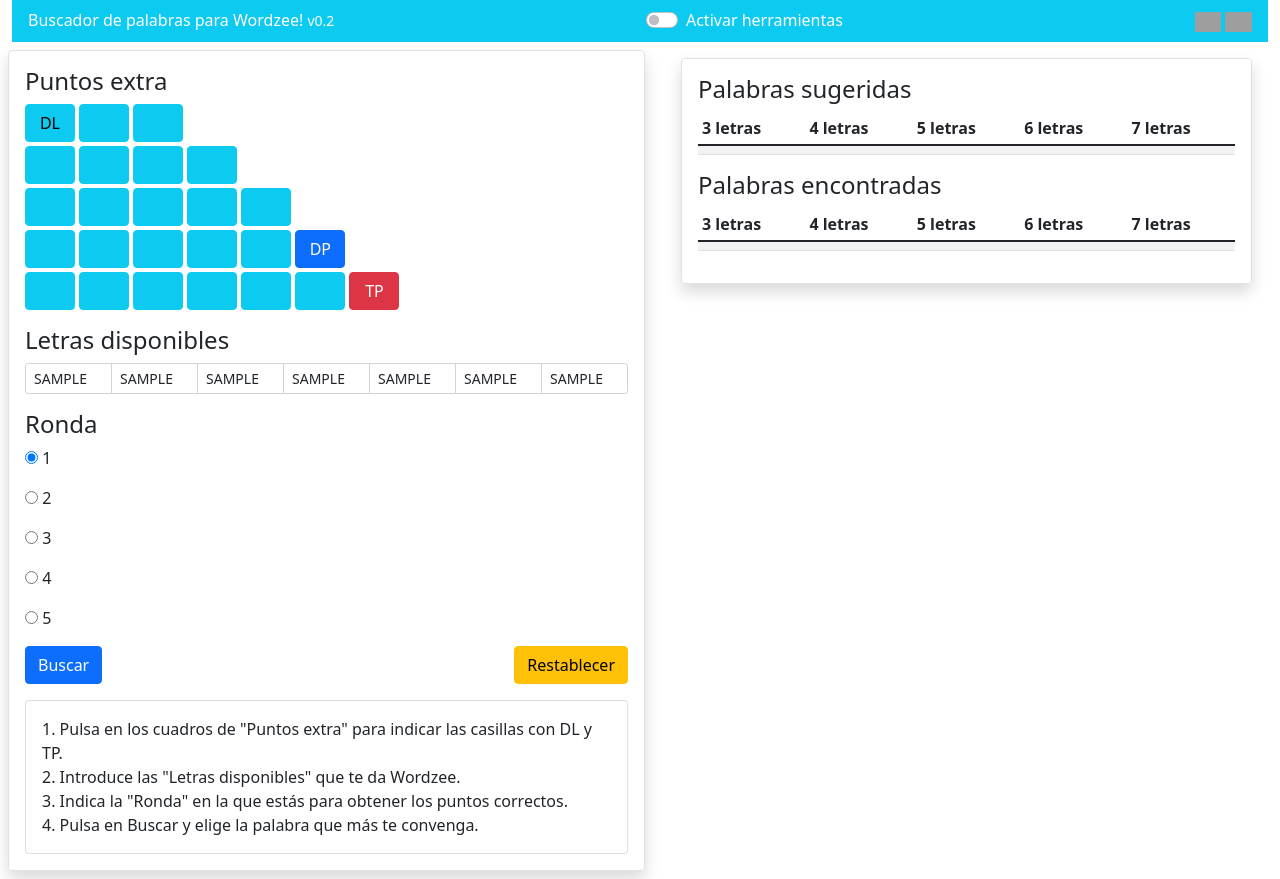
Repository: angelcafe/wordzee-bp_javascript
Page: index.html
These files come from the project's save history. The page is drawn as it stood at one moment and after the next save; the edit follows.
The browser window is 1280 px wide. The pictures show the whole page.
Empty fields were first filled with sample values (such as "Sample", 5 or name@example.com).
After loading, the first visible `#pal3let1` was clicked once.
Pictures or frames that could not be fetched are drawn as grey boxes.

Above is the page before, as saved 2021-10-22 22:38:12.

### index.html
<!DOCTYPE html>
<html lang="es">

<head>
    <meta charset="UTF-8">
    <meta name="viewport" content="width=device-width, initial-scale=1">
    <meta http-equiv="Expires" content="0">
    <meta http-equiv="Last-Modified" content="0">
    <meta http-equiv="Cache-Control" content="no-cache, mustrevalidate">
    <meta http-equiv="Pragma" content="no-cache">
    <link rel="icon" href="favicon.ico" type="image/ico" />
    <link rel="stylesheet" href="https://cdn.jsdelivr.net/npm/bootstrap@5.1.3/dist/css/bootstrap.min.css" integrity="sha384-1BmE4kWBq78iYhFldvKuhfTAU6auU8tT94WrHftjDbrCEXSU1oBoqyl2QvZ6jIW3" crossorigin="anonymous">
    <link rel="stylesheet" href="https://cdn.jsdelivr.net/npm/bootstrap-icons@1.5.0/font/bootstrap-icons.css">
    <link rel="stylesheet" href="index.css">
    <title>Busca palabras</title>
</head>

<body>
    <div class="container-fluid">
        <!-- Cabecera -->
        <nav class="nav d-flex justify-content-between bg-info">
            <li class="nav-item">
                <span class="nav-link text-white">Buscador de palabras para Wordzee! <small>v0.2</small></span>
            </li>
            <li class="nav-item">
                <div class="nav-link text-white form-check form-switch">
                    <input class="form-check-input" type="checkbox" role="switch" id="idActivarHerramientas">
                    <label class="form-check-label" for="idActivarHerramientas">Activar herramientas</label>
                </div>
            </li>
            <li class="nav-item">
                <span class="nav-link">
                    <a href="https://www.facebook.com/BuscaPalabras-para-Wordzee-106324508497974" target="_blank"><img src="https://upload.wikimedia.org/wikipedia/commons/5/51/Facebook_f_logo_%282019%29.svg" height="20"></a>
                    <a href="https://t.me/buscadorwordzee" target="_blank"><img src="https://upload.wikimedia.org/wikipedia/commons/thumb/8/83/Telegram_2019_Logo.svg/2048px-Telegram_2019_Logo.svg.png" height="20"></a>
                </span>
            </li>
        </nav>
        <div class="row">
            <div class="col border shadow rounded m-2 p-3">
                <form name="principal" id="principal" method="POST">
                    <div id="idPuntosExtra">
                        <h4>Puntos extra</h4>
                        <div class="p-0 mb-1">
                            <input type="text" name="pal3let1" id="pal3let1" class="btn btn-info" value="" readonly>
                            <input type="text" name="pal3let2" id="pal3let2" class="btn btn-info" value="" readonly>
                            <input type="text" name="pal3let3" id="pal3let3" class="btn btn-info" value="" readonly>
                        </div>
                        <div class="p-0 mb-1">
                            <input type="text" name="pal4let1" id="pal4let1" class="btn btn-info" value="" readonly>
                            <input type="text" name="pal4let2" id="pal4let2" class="btn btn-info" value="" readonly>
                            <input type="text" name="pal4let3" id="pal4let3" class="btn btn-info" value="" readonly>
                            <input type="text" name="pal4let4" id="pal4let4" class="btn btn-info" value="" readonly>
                        </div>
                        <div class="p-0 mb-1">
                            <input type="text" name="pal5let1" id="pal5let1" class="btn btn-info" value="" readonly>
                            <input type="text" name="pal5let2" id="pal5let2" class="btn btn-info" value="" readonly>
                            <input type="text" name="pal5let3" id="pal5let3" class="btn btn-info" value="" readonly>
                            <input type="text" name="pal5let4" id="pal5let4" class="btn btn-info" value="" readonly>
                            <input type="text" name="pal5let5" id="pal5let5" class="btn btn-info" value="" readonly>
                        </div>
                        <div class="p-0 mb-1">
                            <input type="text" name="pal6let1" id="pal6let1" class="btn btn-info" value="" readonly>
                            <input type="text" name="pal6let2" id="pal6let2" class="btn btn-info" value="" readonly>
                            <input type="text" name="pal6let3" id="pal6let3" class="btn btn-info" value="" readonly>
                            <input type="text" name="pal6let4" id="pal6let4" class="btn btn-info" value="" readonly>
                            <input type="text" name="pal6let5" id="pal6let5" class="btn btn-info" value="" readonly>
                            <input type="text" name="pal6let6" id="pal6let6" class="btn btn-info" value="" readonly>
                        </div>
                        <div class="p-0 mb-3">
                            <input type="text" name="pal7let1" id="pal7let1" class="btn btn-info" value="" readonly>
                            <input type="text" name="pal7let2" id="pal7let2" class="btn btn-info" value="" readonly>
                            <input type="text" name="pal7let3" id="pal7let3" class="btn btn-info" value="" readonly>
                            <input type="text" name="pal7let4" id="pal7let4" class="btn btn-info" value="" readonly>
                            <input type="text" name="pal7let5" id="pal7let5" class="btn btn-info" value="" readonly>
                            <input type="text" name="pal7let6" id="pal7let6" class="btn btn-info" value="" readonly>
                            <input type="text" name="pal7let7" id="pal7let7" class="btn btn-info" value="" readonly>
                        </div>
                    </div>
                    <div id="idLetrasDisponibles">
                        <h4>Letras disponibles</h4>
                        <div class="input-group input-group-sm mb-3" id="letras">
                            <input type="text" name="letra1" id="idLetra1" size="1" maxlength="1" autocomplete="off" required="required" class="form-control text-uppercase" value="">
                            <input type="text" name="letra2" id="idLetra2" size="1" maxlength="1" autocomplete="off" required="required" class="form-control text-uppercase" value="">
                            <input type="text" name="letra3" id="idLetra3" size="1" maxlength="1" autocomplete="off" required="required" class="form-control text-uppercase" value="">
                            <input type="text" name="letra4" id="idLetra4" size="1" maxlength="1" autocomplete="off" required="required" class="form-control text-uppercase" value="">
                            <input type="text" name="letra5" id="idLetra5" size="1" maxlength="1" autocomplete="off" required="required" class="form-control text-uppercase" value="">
                            <input type="text" name="letra6" id="idLetra6" size="1" maxlength="1" autocomplete="off" required="required" class="form-control text-uppercase" value="">
                            <input type="text" name="letra7" id="idLetra7" size="1" maxlength="1" autocomplete="off" required="required" class="form-control text-uppercase" value="">
                        </div>
                    </div>
                    <div id="idRonda">
                        <h4>Ronda</h4>
                        <div class="custom-control custom-radio custom-control-inline mb-3">
                            <input type="radio" id="idRonda1" name="ronda" value="1" class="custom-control-input" checked>
                            <label class="custom-control-label" for="idRonda1">1</label>
                        </div>
                        <div class="custom-control custom-radio custom-control-inline mb-3">
                            <input type="radio" id="idRonda2" name="ronda" value="2" class="custom-control-input">
                            <label class="custom-control-label" for="idRonda2">2</label>
                        </div>
                        <div class="custom-control custom-radio custom-control-inline mb-3">
                            <input type="radio" id="idRonda3" name="ronda" value="3" class="custom-control-input">
                            <label class="custom-control-label" for="idRonda3">3</label>
                        </div>
                        <div class="custom-control custom-radio custom-control-inline mb-3">
                            <input type="radio" id="idRonda4" name="ronda" value="4" class="custom-control-input">
                            <label class="custom-control-label" for="idRonda4">4</label>
                        </div>
                        <div class="custom-control custom-radio custom-control-inline mb-3">
                            <input type="radio" id="idRonda5" name="ronda" value="5" class="custom-control-input">
                            <label class="custom-control-label" for="idRonda5">5</label>
                        </div>
                        <div class="btn-toolbar justify-content-between mt-1">
                            <button type="submit" class="btn btn-primary">Buscar</button>
                            <button type="button" onclick="restablecer()" class="btn btn-warning">Restablecer</button>
                        </div>
                    </div>
                </form>
                <div class="card mt-3">
                    <div class="card-body">
                        1. Pulsa en los cuadros de "Puntos extra" para indicar las casillas con DL y TP.
                        <br>
                        2. Introduce las "Letras disponibles" que te da Wordzee.
                        <br>
                        3. Indica la "Ronda" en la que estás para obtener los puntos correctos.
                        <br>
                        4. Pulsa en Buscar y elige la palabra que más te convenga.
                    </div>
                </div>
            </div>
            <!-- Herramientas -->
            <div class="col d-none border col m-3 p-3 shadow rounded">
                <div id="idHerramientas" class="herramientas">
                    <h4>Herramientas</h4>
                    <form class="row">
                        <div class="col">Palabra nueva:</div>
                        <div class="col">
                            <input name="palabraGuardar" id="palabraGuardar" type="text" minlength="3" maxlength="7" autocomplete="off" required="required" class="form-control text-uppercase" value="">
                        </div>
                        <div class="col">
                            <button id="idGuardar" type="button" class="btn btn-primary">Guardar</button>
                        </div>
                    </form>
                    <form class="row mt-3">
                        <div class="col">Borrar palabra:</div>
                        <div class="col">
                            <input name="palabraBorrar" id="palabraBorrar" type="text" minlength="3" maxlength="7" autocomplete="off" required="required" class="form-control text-uppercase" value="">
                        </div>
                        <div class="col">
                            <button id="idBorrar" type="button" class="btn btn-danger">Borrar</button>
                        </div>
                    </form>
                    <form class="row mt-3">
                        <div class="col">Exportar JSON:</div>
                        <div class="col"></div>
                        <div class="col">
                            <button type="button" onclick="palabras.exportar()" class="btn btn-primary">Exportar</button>
                        </div>
                    </form>
                    <form class="row mt-3">
                        <div class="col">Importar JSON:</div>
                        <div class="col custom-file">
                            <input type="file" class="custom-file-input" accept=".json" id="formFile" required="required">
                            <label class="custom-file-label" for="formFile" data-browse="Elegir"></label>
                        </div>
                        <div class="col input-group-append">
                            <button type="button" class="btn btn-warning" onclick="palabras.importar()">Importar</button>
                        </div>
                    </form>
                </div>
            </div>
        <!-- Palabras sugeridas -->
            <div class="col">
            <div class="border col m-3 p-3 shadow rounded">
                <h4>Palabras sugeridas</h4>
                <table class="table table-sm table-striped table-hover">
                    <thead>
                        <tr>
                            <th>3 letras</th>
                            <th>4 letras</th>
                            <th>5 letras</th>
                            <th>6 letras</th>
                            <th>7 letras</th>
                        </tr>
                    </thead>
                    <tbody>
                        <tr>
                            <td class="noselect"></td>
                            <td class="noselect"></td>
                            <td class="noselect"></td>
                            <td class="noselect"></td>
                            <td class="noselect"></td>
                        </tr>
                    </tbody>
                </table>
                <!-- Palabras encontradas -->
                <h4>Palabras encontradas</h4>
                <table class="table table-sm table-striped table-hover">
                    <thead>
                        <tr>
                            <th>3 letras</th>
                            <th>4 letras</th>
                            <th>5 letras</th>
                            <th>6 letras</th>
                            <th>7 letras</th>
                        </tr>
                    </thead>
                    <tbody>
                        <tr>
                            <td class="menu palenc noselect"></td>
                            <td class="menu palenc noselect"></td>
                            <td class="menu palenc noselect"></td>
                            <td class="menu palenc noselect"></td>
                            <td class="menu palenc noselect"></td>
                        </tr>
                    </tbody>
                </table>
            </div>
        </div>
    </div>
    <div id="modalAlert" class="modal fade" tabindex="-1">
        <div class="modal-dialog">
            <div class="modal-content">
                <div class="modal-header">
                    <h5 class="modal-title"></h5>
                    <button type="button" class="close" data-dismiss="modal" aria-label="Close"></button>
                </div>
                <div class="modal-body">
                    <p>Importación finalizada.</p>
                </div>
                <div class="modal-footer">
                    <button type="button" class="close" data-dismiss="modal" aria-label="Cerrar">
                        <span aria-hidden="true">&times;</span>
                    </button>
                </div>
            </div>
        </div>
    </div>
    <div id="menu">
        <div>
            <i class="bi bi-eraser-fill"></i> Borrar <span id="idBorrarPalabra"></span> de la Base de Datos
        </div>
    </div>
    <script src="https://cdn.jsdelivr.net/npm/bootstrap@5.1.3/dist/js/bootstrap.bundle.min.js" integrity="sha384-ka7Sk0Gln4gmtz2MlQnikT1wXgYsOg+OMhuP+IlRH9sENBO0LRn5q+8nbTov4+1p" crossorigin="anonymous"></script>
    <script src="index.js"></script>
</body>

</html>

### index.js
(function () {
    'use strict'

    document.querySelector("#pal6let6[value='']").value = "DP";
    document.querySelector("#pal7let7[value='']").value = "TP";
    for (let x = 3; x < 8; x++) {
        for (let y = 1; y < (x + 1); y++) {
            document.getElementById("pal" + x + "let" + y).addEventListener("click", cambiarValorBotones);
            cambiarClaseBotones(document.getElementsByName("pal" + x + "let" + y)[0]);
        }
    }
    Array.from(document.getElementsByClassName("palenc")).forEach(element => {
        element.addEventListener("click", function (e) {
            let palabra = e.target.innerText.split(' ')[0];
            for (let x = 0; x < 7; x++) {
                $('#idLetra' + (x + 1)).val(palabra[x]);
            }
        });
    });
    var texto = /^[a-jl-vx-zA-JL-VX-ZñÑ]$/;
    document.querySelectorAll("#letras > input").forEach(element => {
        element.addEventListener("keyup", e => {
            if (texto.test(element.value) === true) {
                if (e.currentTarget.nextElementSibling) {
                    $(e.currentTarget.nextElementSibling)
                        .focus()
                        .select();
                }
            } else {
                e.currentTarget.value = '';
            }
        });
        element.addEventListener("click", e => {
            e.currentTarget.select();
        });
    });
})()

var palabras = {
    alerta: function () {
        let myModal = new bootstrap.Modal(document.getElementById('modalAlert'));
        document.querySelector('#modalAlert .modal-title').innerText = palabras.alertaTitulo;
        document.querySelector('#modalAlert .modal-body p').innerText = palabras.alertaTexto;
        myModal.show();
        if (palabras.alertaDescargar) {
            palabras.descargar();
        }
    },
    alertaDescargar: false,
    alertaTexto: '',
    alertaTitulo: '',
    ajax: function (alerta = false) {
        $.ajax({
            contentType: palabras.ajaxContentType,
            data: palabras.ajaxEnviar,
            processData: palabras.ajaxProcessData,
            type: palabras.ajaxMetodo,
            url: palabras.ajaxFichero,
            success: function (datos) {
                if (alerta) {
                    palabras.responde = datos;
                    palabras.alerta();
                }
                if (palabras.ajaxEnviar.borrar || palabras.ajaxEnviar.guardar) {
                    document.getElementById('principal').submit();
                }
            },
            complete: function () {
                palabras.ajaxContentType = 'application/x-www-form-urlencoded; charset=UTF-8';
                palabras.ajaxEnviar = '';
                palabras.ajaxFichero = 'back/buscapalabras.php';
                palabras.ajaxMetodo = 'POST';
                palabras.ajaxProcessData = true;
            }
        });
    },
    ajaxContentType: 'application/x-www-form-urlencoded; charset=UTF-8',
    ajaxEnviar: '',
    ajaxFichero: "back/buscapalabras.php",
    ajaxMetodo: "POST",
    ajaxProcessData: true,
    borrar: function (palabra) {
        palabras.ajaxEnviar = { "borrar": palabra };
        palabras.ajax();
    },
    descargar: function () {
        let blob = palabras.responde;
        let fileName = 'sp.json';
        let link = document.createElement('a');
        let binaryData = [];
        binaryData.push(blob);
        link.href = window.URL.createObjectURL(new Blob(binaryData, { type: "application/json" }));
        link.download = fileName;
        link.click();
    },
    exportar: function () {
        palabras.alertaTitulo = 'Exportar JSON';
        palabras.alertaTexto = 'Exportación finalizada.';
        palabras.alertaDescargar = true;
        palabras.ajaxEnviar = { "exportar": true };
        palabras.ajax(true);
    },
    guardar: function () {
        let palabra = document.getElementById('palabraGuardar').value;
        palabras.ajaxEnviar = { "guardar": palabra };
        palabras.ajax();
    },
    importar: function () {
        const file = document.getElementById('formFile').files[0];
        var formd = new FormData();
        formd.append('archivo', file);
        palabras.alertaTitulo = 'Importar JSON';
        palabras.alertaTexto = 'Importación finalizada.';
        palabras.alertaDescargar = false;
        palabras.ajaxContentType = false;
        palabras.ajaxProcessData = false;
        palabras.ajaxEnviar = formd;
        palabras.ajax(true);
        return false;
    },
    responde: '',
};
window.onload = function() {
    if (localStorage.getItem('ActivarHerramientas')) {
        document.getElementById('idHerramientas').className = localStorage.getItem('ActivarHerramientas');
        document.getElementById('idActivarHerramientas').checked = (localStorage.getItem('ActivarHerramientas').indexOf('d-none') < 0) ? (true) : (false);
    }
    document.getElementById('idActivarHerramientas').addEventListener("change", activarHerramientas);
    document.getElementById('idBorrar').addEventListener('click', function () {
        palabras.borrar($('#palabraBorrar').val());
    });
    document.getElementById('idGuardar').addEventListener("click", palabras.guardar);
    document.onclick = function (e) {
        document.getElementById('menu').style.display = 'none';
    }
    document.oncontextmenu = function (e) {
        document.getElementById('menu').style.display = 'none';
        if (e.target.className.includes("menu")) {
            e.preventDefault();
            $('#menu').css({'left': e.pageX - 100 + 'px', 'top': e.pageY + 'px', 'display': 'block'});
            $('#idBorrarPalabra')
                .text(e.target.innerText.split(' ')[0])
                .on('click', function () {
                    palabras.borrar($(this).text());
                });
        }
    }
};

function activarHerramientas(e) {
    let h = document.getElementById('idHerramientas');
    if (e.currentTarget.checked) {
        h.className = h.className.replace('d-none ', '');
        localStorage.setItem('ActivarHerramientas', h.className);
    } else {
        h.className = 'd-none ' + h.className;
        localStorage.setItem('ActivarHerramientas', h.className);
    }
}

function cambiarClaseBotones(e) {
    switch (e.value) {
        case 'DL':
            e.className = 'btn rosa';
            break;
        case 'TL':
            e.className = 'btn btn-success';
            break;
        case 'DP':
            e.className = 'btn btn-primary';
            break;
        case 'TP':
            e.className = 'btn btn-danger';
            break;
        case '':
            e.className = 'btn btn-info';
            break;
        default:
            break;
    }
}

function cambiarValorBotones(e) {
    switch (e.srcElement.value) {
        case '':
            e.srcElement.value = 'DL';
            e.srcElement.value.className = 'btn rosa';
            break;
        case 'DL':
            e.srcElement.value = 'TL';
            e.srcElement.value.className = 'btn btn-success';
            break;
        case 'TL':
            e.srcElement.value = '';
            e.srcElement.value.className = 'btn btn-info';
            break;
        default:
            break;
    }
}

function restablecer() {
    window.location.href = window.location.href;
}

Loaded but not shown: index.css (70 lines, source omitted)

After the next save:
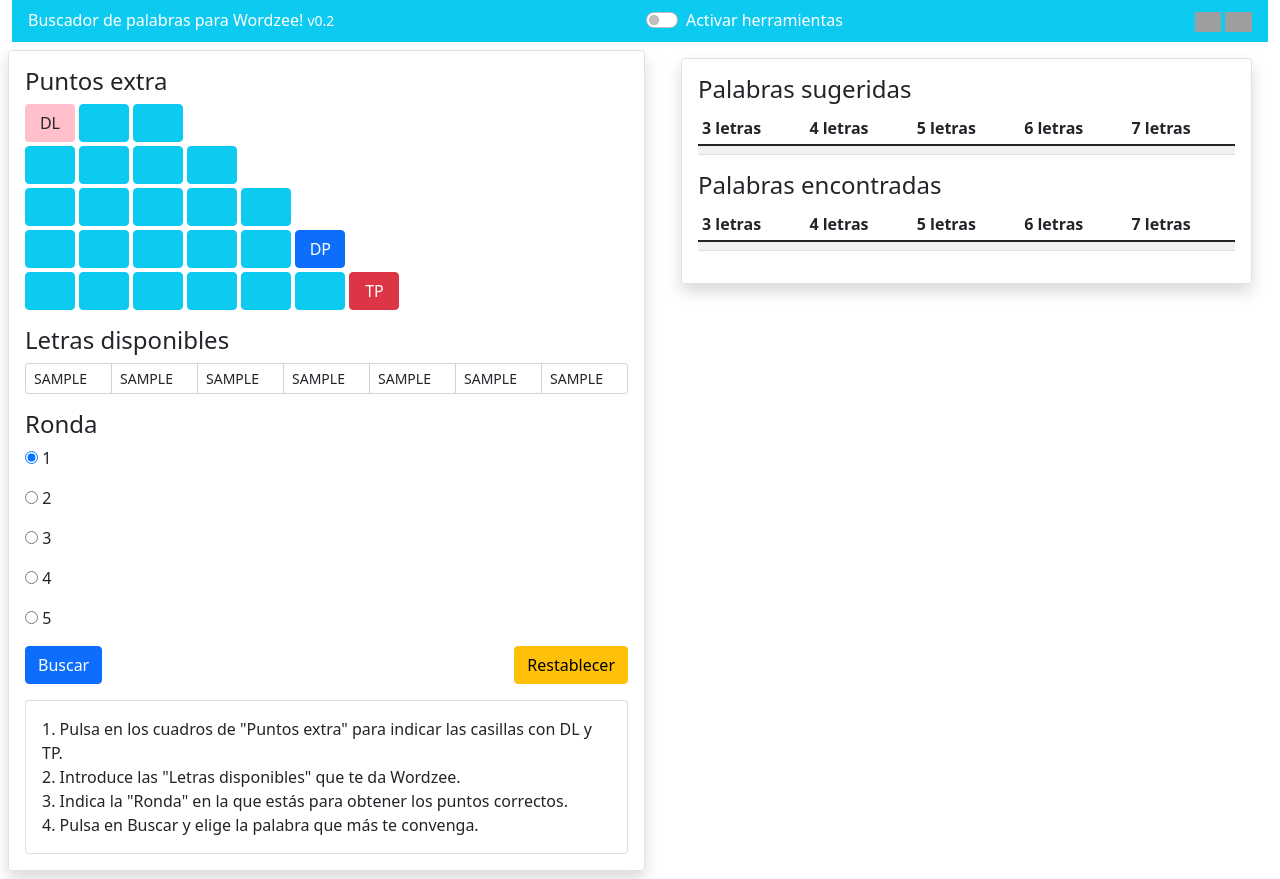
Saved 5 min 29 s later.
--- a/index.js
+++ b/index.js
@@ -184,15 +184,15 @@ function cambiarValorBotones(e) {
     switch (e.srcElement.value) {
         case '':
             e.srcElement.value = 'DL';
-            e.srcElement.value.className = 'btn rosa';
+            e.srcElement.className = 'btn rosa';
             break;
         case 'DL':
             e.srcElement.value = 'TL';
-            e.srcElement.value.className = 'btn btn-success';
+            e.srcElement.className = 'btn btn-success';
             break;
         case 'TL':
             e.srcElement.value = '';
-            e.srcElement.value.className = 'btn btn-info';
+            e.srcElement.className = 'btn btn-info';
             break;
         default:
             break;
